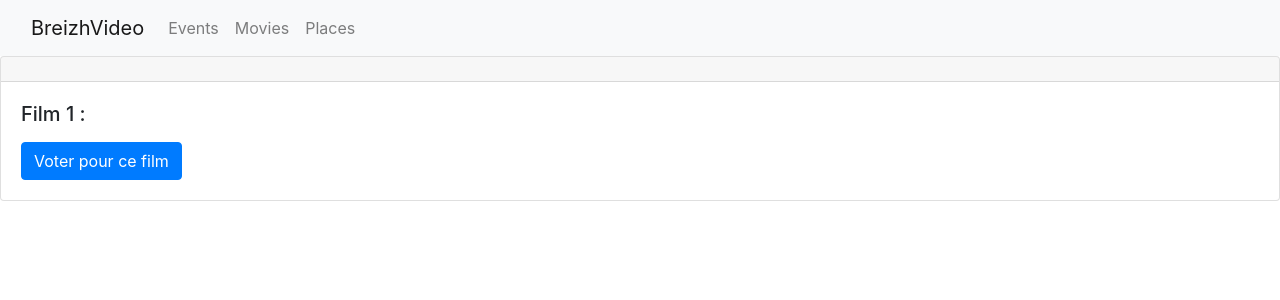
Repository: romgrm/Hackaton_BreizhVideo_FRONT
Page: /Events
These files come from the project's save history. The page is drawn as it stood at one moment and after the next save; the edit follows.
The browser window is 1280 px wide. The pictures show the whole page.
The page's requests for data from a server got no answer. Some web libraries are served in a nearby version. The project was rebuilt for these pictures with package versions that can differ from the ones it lists, and the page was loaded fresh each time. No one was signed in, and anything a server would have sent is missing. Also part of the build but not shown: src/Components/Films.js, src/Components/Village.js.

Above is the page before, as saved 2020-12-21 20:16:25.

### public/index.html
<!DOCTYPE html>
<html lang="en">
  <head>
    <meta charset="utf-8" />
    <link rel="icon" href="%PUBLIC_URL%/favicon.ico" />
    <meta name="viewport" content="width=device-width, initial-scale=1" />
    <meta name="theme-color" content="#000000" />
    <meta
      name="description"
      content="Web site created using create-react-app"
    />
    <link rel="apple-touch-icon" href="%PUBLIC_URL%/logo192.png" />

    <link rel="manifest" href="%PUBLIC_URL%/manifest.json" />

    <title>React App</title>
  </head>
  <body>
    <noscript>You need to enable JavaScript to run this app.</noscript>
    <div id="root"></div>
    <script src="https://kit.fontawesome.com/f66925acc9.js" crossorigin="anonymous"></script>
  </body>
</html>

### src/index.js
import React from 'react';
import ReactDOM from 'react-dom';
import App from './App';
import {BrowserRouter} from 'react-router-dom'


ReactDOM.render(
  <BrowserRouter>
    <App />
  </BrowserRouter>,
  document.getElementById('root')
);

### src/App.js
import bootstrap from '../node_modules/bootstrap/dist/css/bootstrap.min.css'
import Header from './Components/Header'
import {Switch, Route} from 'react-router-dom'
import Films from './Components/Films'
import Events from './Components/Events';
import Village from './Components/Village';


function App() {
  return (
    <>
    <Header />
    <Switch>
      <Route path="/Events" component={Events} />
      <Route path="/Movies" component={Films} />
      <Route path="/Places" component={Village} />
      <Route path="/" />
    </Switch>
    </>
  );
}

export default App;

### src/Components/Header.js
import React from 'react'
import {Link} from 'react-router-dom'

export default function Header() {
    return (
        <nav className="navbar navbar-expand-lg navbar-light bg-light">
  <div className="container-fluid">
    <Link className="navbar-brand" to="/">BreizhVideo</Link>
    <button className="navbar-toggler" type="button" data-bs-toggle="collapse" data-bs-target="#navbarNav" aria-controls="navbarNav" aria-expanded="false" aria-label="Toggle navigation">
      <span className="navbar-toggler-icon"></span>
    </button>
    <div className="collapse navbar-collapse" id="navbarNav">
      <ul className="navbar-nav">
        <li className="nav-item">
          <Link className="nav-link" to="/Events">Events</Link>
        </li>
        <li className="nav-item">
          <Link className="nav-link" to="/Movies">Movies</Link>
        </li>
        <li className="nav-item">
          <Link className="nav-link" to="/Places">Places</Link>
        </li>
      </ul>
    </div>
  </div>
</nav>
    )
}

### src/Components/Events.js
import React, { useState, useEffect } from 'react'
import axios from 'axios'

export default function Events() {

    const [event, setEvent] = useState([]);

    useEffect(() => {

        async function fetchData() {

            const url1 = await axios('http://localhost:8080/Preference');
            setEvent(url1.data)
            console.log(event)
        }

        fetchData();
    }, []);

    return (
        <div class="card">
            <div class="card-header">
                {event.map((current) => (
                    <h1 key={current.id}> Passage à {current.representations.village.name}, le {current.representations.release_date}</h1>
                ))}
            </div>
            <div class="card-body">
                <h5 class="card-title">Film 1 :&nbsp;
                {event.map((current) =>(
                current.films.title
                         ))}</h5>
                <p class="card-text"> {event.map((current) =>(
                current.films.description
                         ))}</p>
                <a href="#" class="btn btn-primary">Voter pour ce film</a>
            </div>
        </div>
        // <div className="container-fluid text-center ">
        //     <div className="card border-primary">

        //         <div className="card-body">
        //             <div className="card-header">
        //                 {event.map((current) => (
        //                     <h1 key={current.id}> Passage à {current.representations.village.name}, le {current.representations.release_date}</h1>
        //                 ))}
        //             </div>
        //             <div className="card-text">
        //                 {event.map((current) => (
        //                     <p key={current.id}> Film 1 : {current.films.title}</p>
        //                 ))}
        //             </div>
        //         </div>

        //     </div>
        // </div>
    )
}

After the next save:
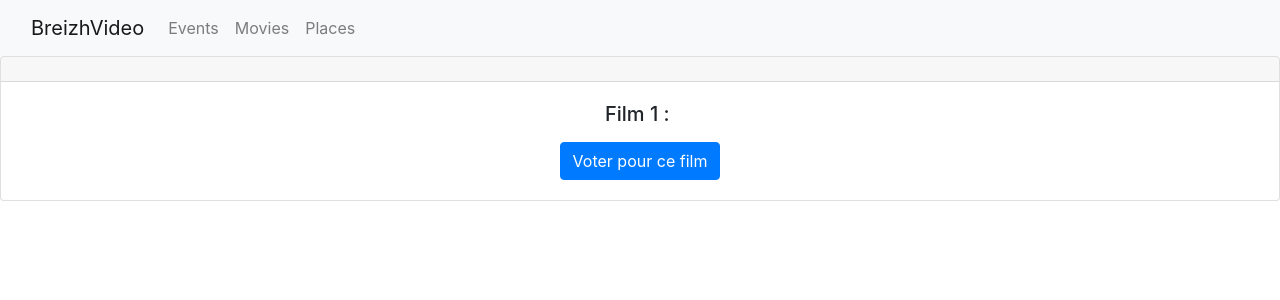
Saved 14 s later.
--- a/src/Components/Events.js
+++ b/src/Components/Events.js
@@ -18,7 +18,7 @@ export default function Events() {
     }, []);
 
     return (
-        <div class="card">
+        <div class="card text-center">
             <div class="card-header">
                 {event.map((current) => (
                     <h1 key={current.id}> Passage à {current.representations.village.name}, le {current.representations.release_date}</h1>
